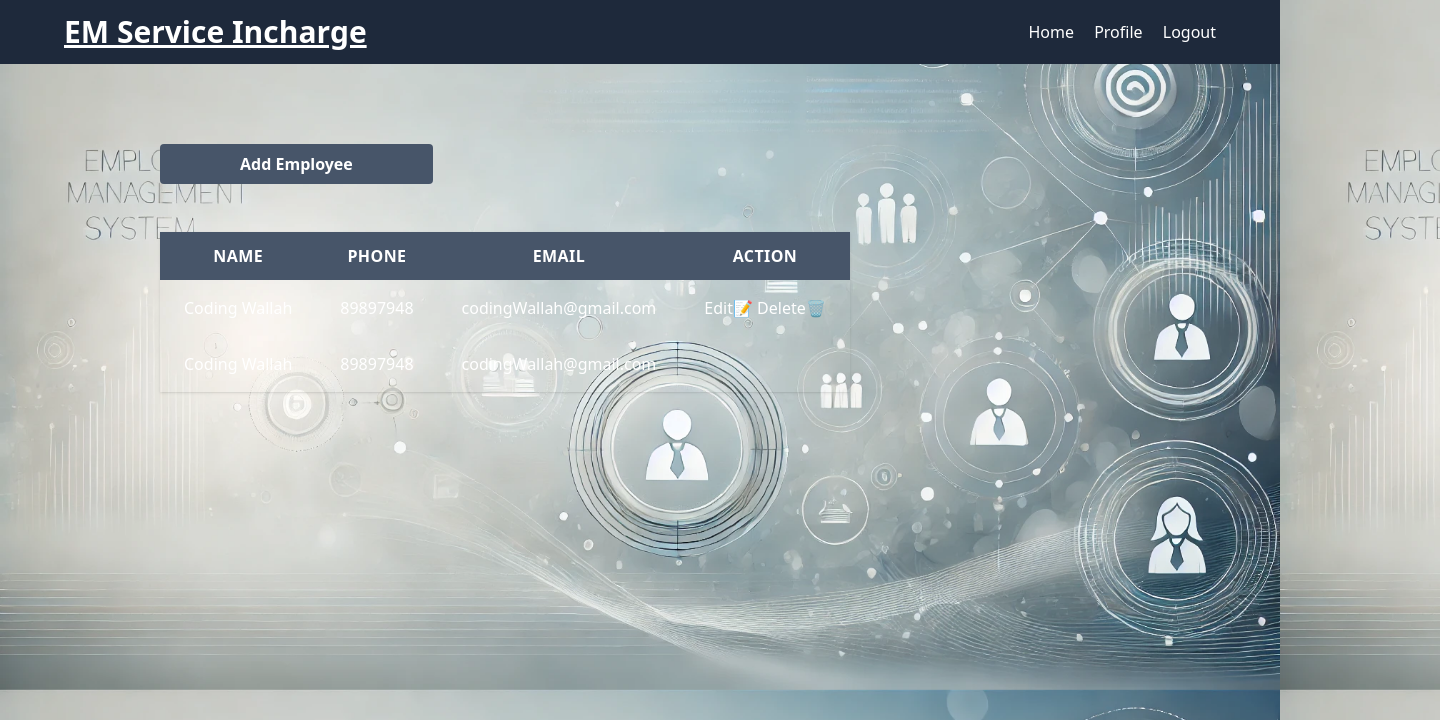
Repository: Vaibhav979/EmployeeManagement-Spring
Page: / (app in em-project-view/)
These files come from the project's save history. The page is drawn as it stood at one moment and after a run of saves; the edit follows.
The browser window is 1280 px wide. The page is 1440 px wide, so the pictures cover 1440 px, including what lies to the right of the window. The pictures show the whole page.
The project was rebuilt for these pictures with package versions that can differ from the ones it lists, and the page was loaded fresh each time. Also part of the build but not shown: em-project-view/vite.config.js.

Above is the page before, as saved 2025-01-03 00:41:31.

### em-project-view/src/App.jsx
import Navbar from "./components/Navbar";
import "./App.css";
import EmployeeList from "./components/EmployeeList";

function App() {
  return (
    <>
      <Navbar />
      <EmployeeList />
    </>
  );
}

export default App;

### em-project-view/src/components/Navbar.jsx
import React from "react";

const Navbar = () => {
  return (
    <div className="bg-slate-800 flex h-16 px-16 items-center">
      <h1 className="text-3xl font-bold underline">EM Service Incharge</h1>
      <div className="space-x-4 ml-auto">
        <a className="hover:text-blue-400" href="/">
          {" "}
          Home{" "}
        </a>
        <a className="hover:text-blue-400" href="/">
          {" "}
          Profile{" "}
        </a>
        <a className="hover:text-blue-400" href="/">
          {" "}
          Logout
        </a>
      </div>
    </div>
  );
};

export default Navbar;

### em-project-view/src/App.css
/* #root {
  max-width: 1280px;
  margin: 0 auto;
  padding: 2rem;
  text-align: center;
} */

.App {
  text-align: left;
}

body {
  background-image: url(./assets/image.png);
  background-size: cover;
  background-position: center;
  color: #ffffff;
  height: 90vh;
}

### em-project-view/src/components/EmployeeList.jsx
import React from "react";

const EmployeeList = () => {
  return (
    <div className="container mx-40 my-8">
      <div>
        <button className="bg-slate-600 hover:bg-blue-700 my-12 font-semibold px-20 py-2 rounded">
          Add Employee
        </button>
      </div>

      <div>
        <table className="shadow">
          <thead className="bg-slate-600">
            <th className="px-6 py-3 uppercase tracking-wide"> Name </th>
            <th className="px-6 py-3 uppercase tracking-wide"> Phone </th>
            <th className="px-6 py-3 uppercase tracking-wide"> Email </th>
            <th className="px-6 py-3 uppercase tracking-wide"> Action </th>
          </thead>
          <tbody>
            <tr className="hover:bg-white hover:text-black">
              <td className="text-left px-6 py-4 whitespace-nowrap">
                {" "}
                Coding Wallah{" "}
              </td>
              <td className="text-left px-6 py-4 whitespace-nowrap">
                {" "}
                89897948{" "}
              </td>
              <td className="text-left px-6 py-4 whitespace-nowrap">
                {" "}
                codingWallah@gmail.com{" "}
              </td>
              <td className="text-left px-6 py-4 whitespace-nowrap">
                <a href=""> Edit📝 </a>
                <a href=""> Delete🗑️ </a>
              </td>
            </tr>
            <tr className="hover:bg-white hover:text-black">
              <td className="text-left px-6 py-4 whitespace-nowrap">
                {" "}
                Coding Wallah{" "}
              </td>
              <td className="text-left px-6 py-4 whitespace-nowrap">
                {" "}
                89897948{" "}
              </td>
              <td className="text-left px-6 py-4 whitespace-nowrap">
                {" "}
                codingWallah@gmail.com{" "}
              </td>
            </tr>
          </tbody>
        </table>
      </div>
    </div>
  );
};

export default EmployeeList;

Loaded but not shown: em-project-view/index.html (common file); em-project-view/src/main.jsx (common file); em-project-view/src/index.css (common file); em-project-view/tailwind.config.js (common file)

After the next 3 saves:
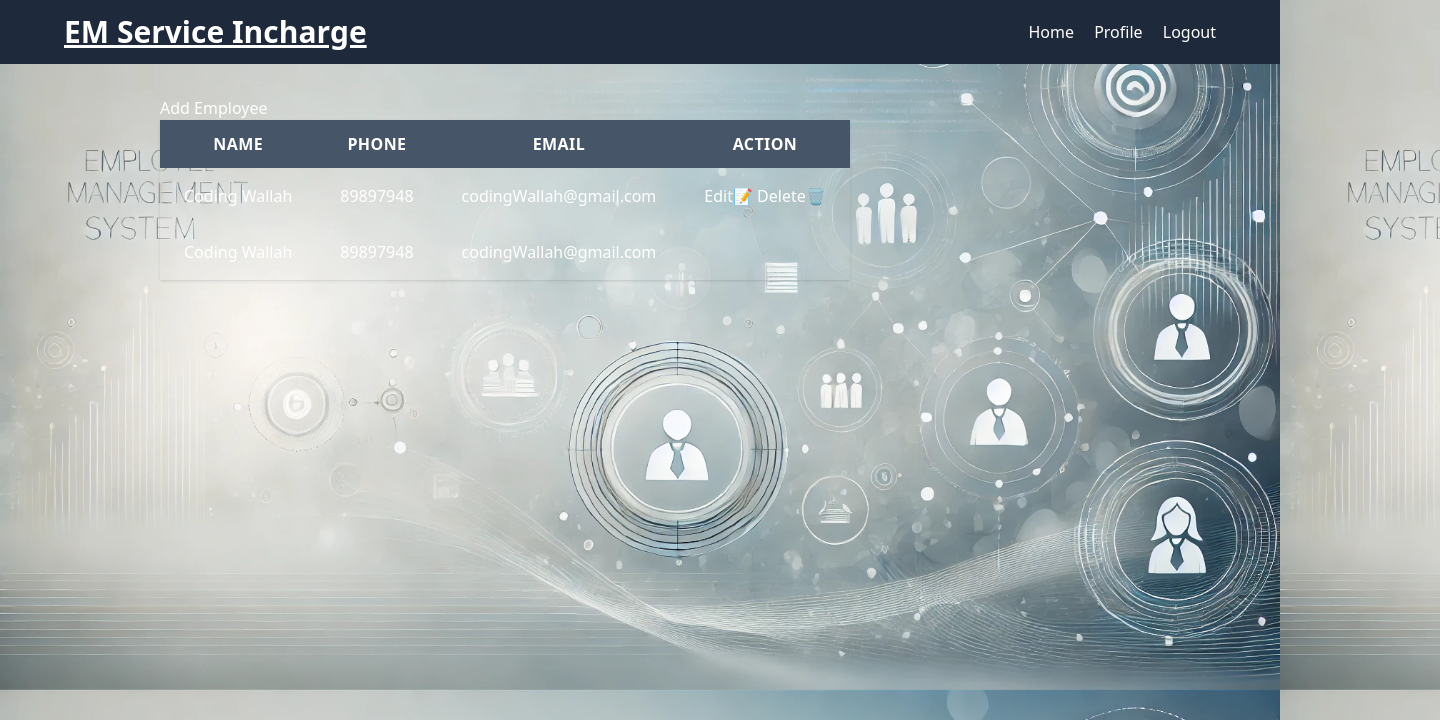
The 3 saves are shown as one change because they came seconds apart.
The last was saved 52 s later.
--- a/em-project-view/src/components/EmployeeList.jsx
+++ b/em-project-view/src/components/EmployeeList.jsx
@@ -4,7 +4,8 @@
   return (
     <div className="container mx-40 my-8">
       <div>
-        <button className="bg-slate-600 hover:bg-blue-700 my-12 font-semibold px-20 py-2 rounded">
+        <button
+        onCclassName="bg-slate-600 hover:bg-blue-700 my-12 font-semibold px-20 py-2 rounded">
           Add Employee
         </button>
       </div>

After the save that followed:
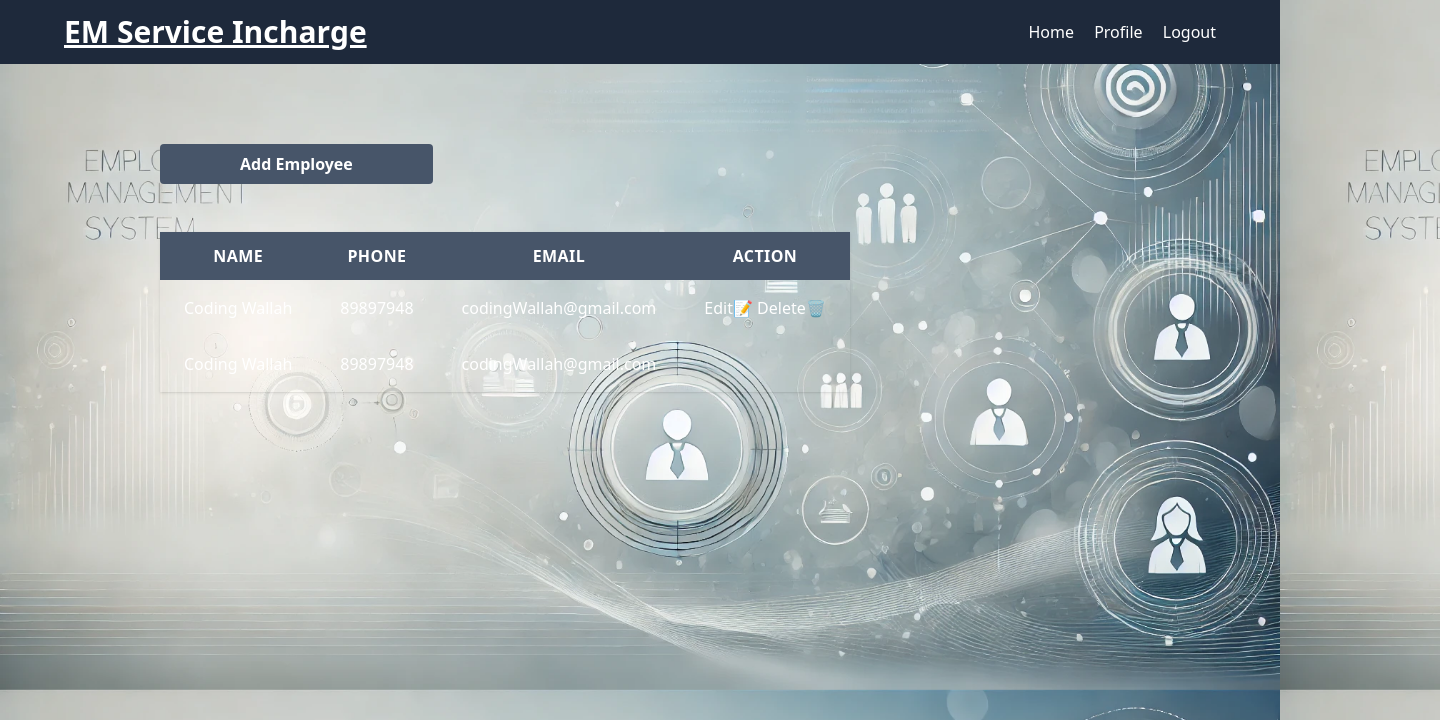
Saved 5 s later.
--- a/em-project-view/src/components/EmployeeList.jsx
+++ b/em-project-view/src/components/EmployeeList.jsx
@@ -5,7 +5,7 @@
     <div className="container mx-40 my-8">
       <div>
         <button
-        onCclassName="bg-slate-600 hover:bg-blue-700 my-12 font-semibold px-20 py-2 rounded">
+        className="bg-slate-600 hover:bg-blue-700 my-12 font-semibold px-20 py-2 rounded">
           Add Employee
         </button>
       </div>
